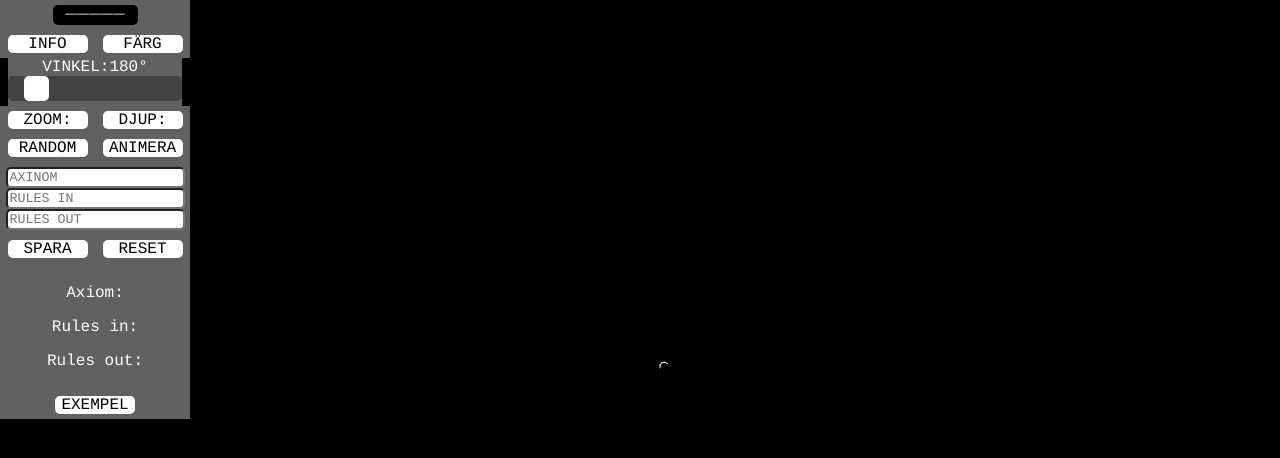
Repository: Gabrielw123/Fraktalgenerator
Page: fraktaler/test/index.html
An editor plug-in stored every save of this project. The page is shown before and after the next save, followed by the edit.
The browser window is 1280 px wide. The pictures show the whole page.
Some web libraries are served in a nearby version.

Above is the page before, as saved 2022-01-13 09:56:39.

After the next save:
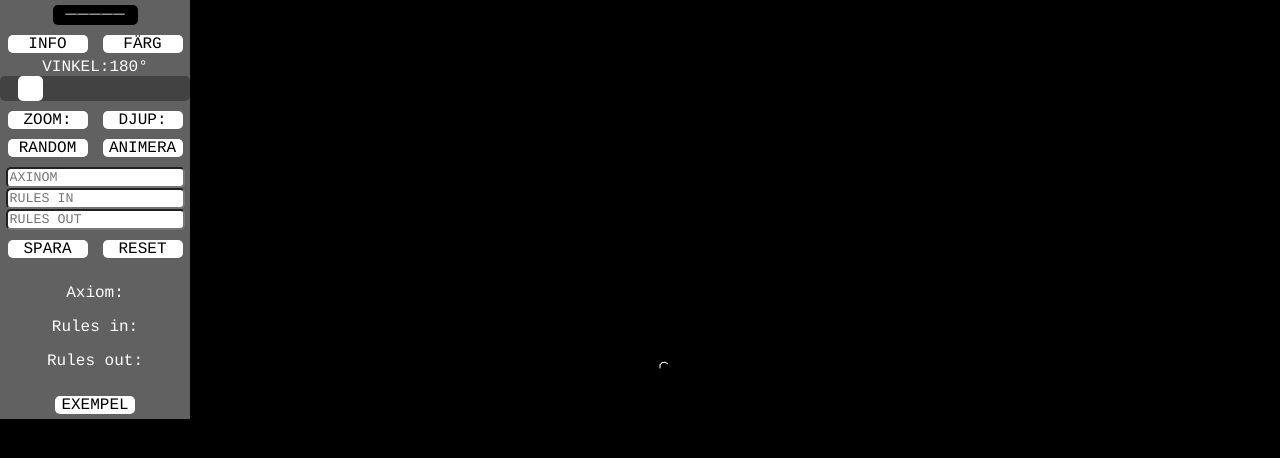
Saved 9 s later.
--- a/fraktaler/test/style.css
+++ b/fraktaler/test/style.css
@@ -50,10 +50,9 @@ body {
 }
 .slider-container {
   background: rgba(97, 97, 97, 1);
-
   display: grid;
   grid-template-columns: auto;
-  width: 92%;
+  width: 100%;
   margin: auto;
   padding-bottom: 5px;
 }
